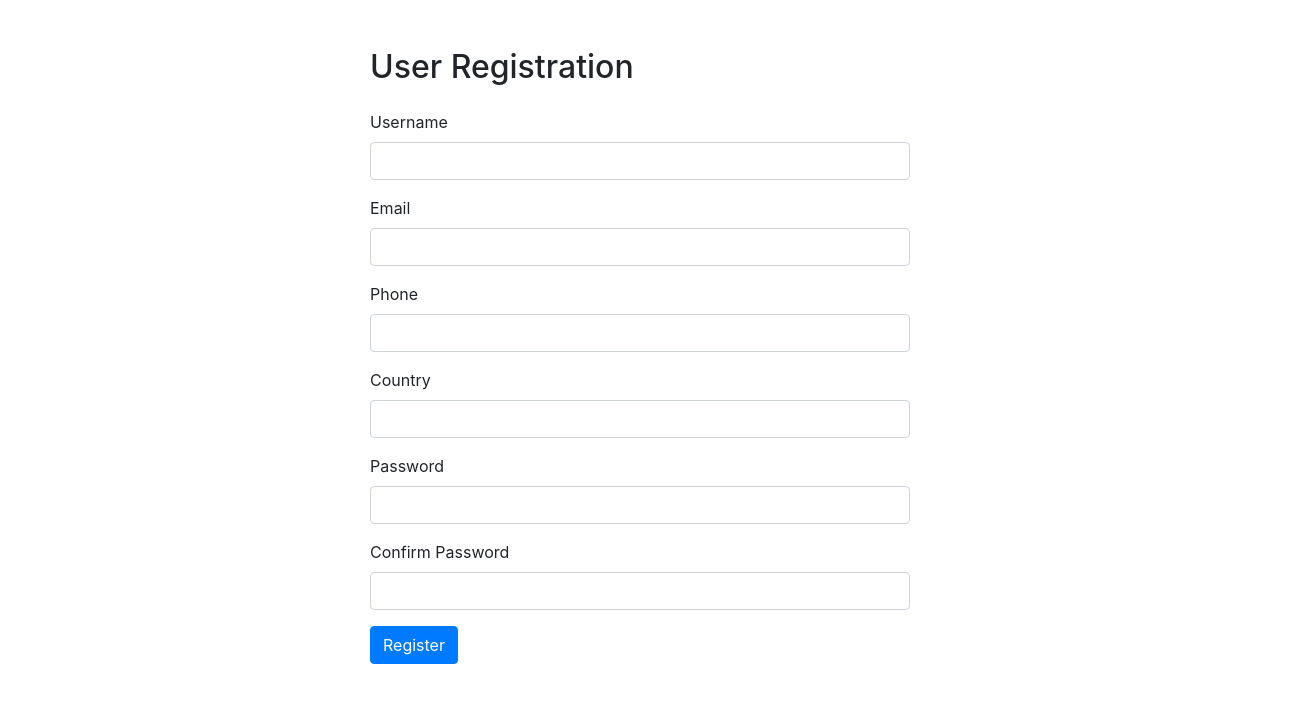
Repository: Tauqeer124/usermanagemet
Page: http://localhost/register
These files come from the project's save history. The page is drawn as it stood at one moment and after a run of saves; the edit follows.
The browser window is 1280 px wide. The page is 1280 px wide, then 1295 px, so the pictures cover 1295 px, including what lies to the right of the window. The pictures show the whole page.
The page is served by the project's Laravel application, run on PHP 8.4 with Laravel 8. Other server files are loaded and not shown.

Above is the page before, as saved 2023-07-24 12:06:28.

### routes/web.php
<?php

use Illuminate\Support\Facades\Route;
use App\Http\Controllers\AuthController;
use App\Http\Controllers\UserController;

/*
|--------------------------------------------------------------------------
| Web Routes
|--------------------------------------------------------------------------
|
| Here is where you can register web routes for your application. These
| routes are loaded by the RouteServiceProvider within a group which
| contains the "web" middleware group. Now create something great!
|
*/

Route::get('/', function () {
    return view('welcome');
});

Route::get('/register', [AuthController::class, 'register']);
Route::post('/register', [AuthController::class, 'registeruser'])->name('register');
Route::get('/login', [AuthController::class, 'login']);
Route::post('/login', [AuthController::class, 'loginuser'])->name('login');
Route::get('/users', [UserController::class, 'index'])->name('user.index');
Route::get('/users/{id}', [UserController::class, 'show'])->name('user.show');

### app/Http/Controllers/AuthController.php
<?php

namespace App\Http\Controllers;

use App\Models\User;
use App\Mail\WelcomeMail;
use Illuminate\Http\Request;
use Illuminate\Support\Facades\Hash;
use Illuminate\Support\Facades\Mail;

class AuthController extends Controller
{
    public function register()
    {
        return view('auth.register');
    }

    public function registeruser(Request $request)
    {
        $request->validate([
            'name' => 'required|string|max:255',
            'email' => 'required|email|unique:users',
            'password' => 'required|string|min:6',
            'phone' => 'required|string',
            'country' => 'required|string',
        ]);

        $user = User::create([
            'name' => $request->name,
            'email' => $request->email,
            'password' => Hash::make($request->password),
            'phone' => $request->phone,
            'country' => $request->country,
        ]);

        Mail::to($user->email)->send(new WelcomeMail($user)); // Send welcome email
        $request->session()->flash('success', 'You have registered successfully!');

        // Redirect back to the registration page
        return redirect()->back();
    }
    public function login(){
        return view('auth.login');
    }
    public function loginuser(Request $request){

    }
}

### resources/views/auth/register.blade.php
<!DOCTYPE html>
<html>
<head>
  <title>User Registration Form</title>
  <!-- Add Bootstrap CSS -->
  <link rel="stylesheet" href="https://stackpath.bootstrapcdn.com/bootstrap/4.5.2/css/bootstrap.min.css">
</head>
<body>

<div class="container mt-5">
  <div class="row justify-content-center">
    <div class="col-md-6">
      <h2 class="mb-4">User Registration</h2>
      <form action="{{ route('register') }}" method="post" >
        @csrf
        <div class="form-group">
          <label for="username">Username</label>
          <input type="text" class="form-control" id="username" name="name" required>
        </div>
        <div class="form-group">
          <label for="email">Email</label>
          <input type="email" class="form-control" id="email" name="email" required>
        </div>
        <div class="form-group">
            <label for="email">Phone</label>
            <input type="text" class="form-control" id="phone" name="phone" required>
        </div>
        <div class="form-group">
            <label for="country">Country</label>
            <input type="text" class="form-control" id="country" name="country" required>
        </div>
        <div class="form-group">
          <label for="password">Password</label>
          <input type="password" class="form-control" id="password" name="password" required>
        </div>
        <div class="form-group">
          <label for="confirm_password">Confirm Password</label>
          <input type="password" class="form-control" id="confirm_password" name="confirm_password" required>
        </div>
        <button type="submit" class="btn btn-primary">Register</button>
      </form>
    </div>
  </div>
</div>

<!-- Add Bootstrap JS and jQuery -->
<script src="https://code.jquery.com/jquery-3.5.1.slim.min.js"></script>
<script src="https://cdn.jsdelivr.net/npm/@popperjs/core@2.9.1/dist/umd/popper.min.js"></script>
<script src="https://stackpath.bootstrapcdn.com/bootstrap/4.5.2/js/bootstrap.min.js"></script>

</body>
</html>

Loaded but not shown: app/Http/Controllers/Controller.php (common file)

After the next 3 saves:
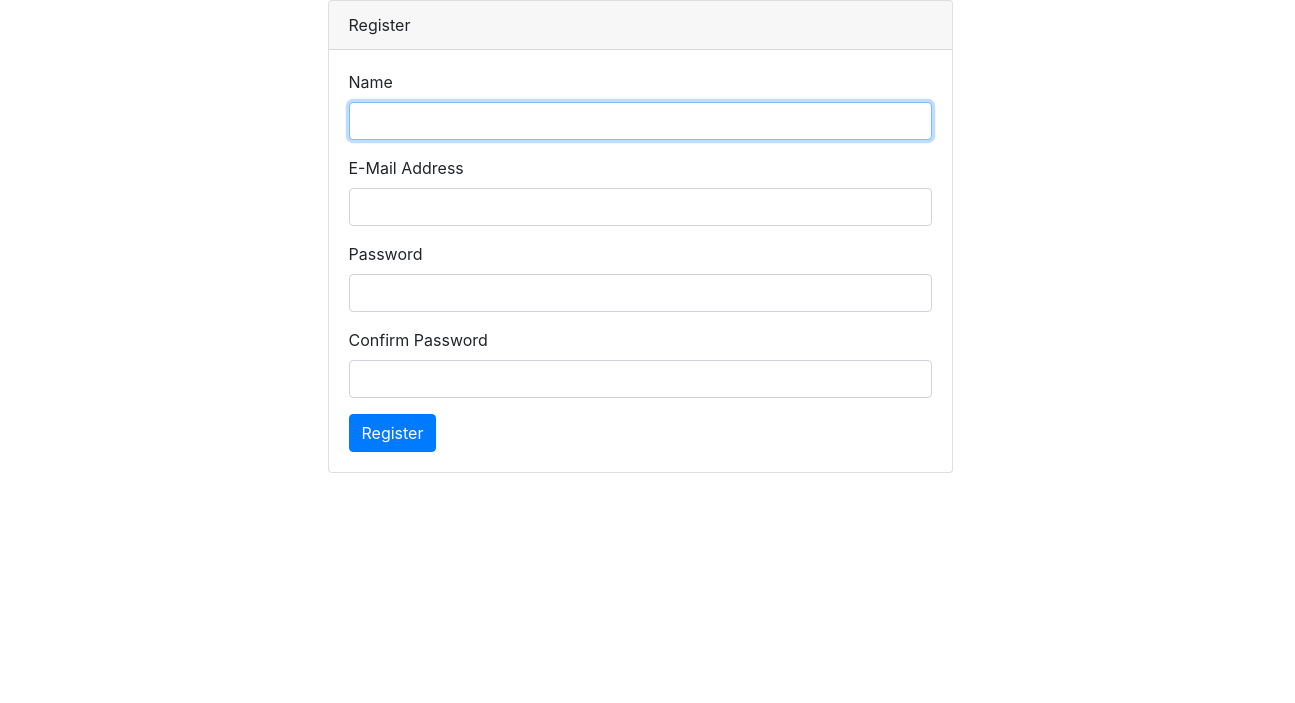
The 3 saves are shown as one change because 1 did not build or start and some came seconds apart.
The last was saved 3 min 26 s later.
--- a/resources/views/auth/register.blade.php
+++ b/resources/views/auth/register.blade.php
@@ -6,47 +6,54 @@
   <link rel="stylesheet" href="https://stackpath.bootstrapcdn.com/bootstrap/4.5.2/css/bootstrap.min.css">
 </head>
 <body>
+    <div class="row justify-content-center">
+        <div class="col-md-6">
+            <div class="card">
+                <div class="card-header">{{ __('Register') }}</div>
+                <div class="card-body">
+                    <form method="POST" action="{{ route('register') }}">
+                        @csrf
 
-<div class="container mt-5">
-  <div class="row justify-content-center">
-    <div class="col-md-6">
-      <h2 class="mb-4">User Registration</h2>
-      <form action="{{ route('register') }}" method="post" >
-        @csrf
-        <div class="form-group">
-          <label for="username">Username</label>
-          <input type="text" class="form-control" id="username" name="name" required>
+                        <div class="form-group">
+                            <label for="name">{{ __('Name') }}</label>
+                            <input id="name" type="text" class="form-control @error('name') is-invalid @enderror" name="name" value="{{ old('name') }}" required autocomplete="name" autofocus>
+                            @error('name')
+                                <span class="invalid-feedback" role="alert">
+                                    <strong>{{ $message }}</strong>
+                                </span>
+                            @enderror
+                        </div>
+
+                        <div class="form-group">
+                            <label for="email">{{ __('E-Mail Address') }}</label>
+                            <input id="email" type="email" class="form-control @error('email') is-invalid @enderror" name="email" value="{{ old('email') }}" required autocomplete="email">
+                            @error('email')
+                                <span class="invalid-feedback" role="alert">
+                                    <strong>{{ $message }}</strong>
+                                </span>
+                            @enderror
+                        </div>
+
+                        <div class="form-group">
+                            <label for="password">{{ __('Password') }}</label>
+                            <input id="password" type="password" class="form-control @error('password') is-invalid @enderror" name="password" required autocomplete="new-password">
+                            @error('password')
+                                <span class="invalid-feedback" role="alert">
+                                    <strong>{{ $message }}</strong>
+                                </span>
+                            @enderror
+                        </div>
+
+                        <div class="form-group">
+                            <label for="password-confirm">{{ __('Confirm Password') }}</label>
+                            <input id="password-confirm" type="password" class="form-control" name="password_confirmation" required autocomplete="new-password">
+                        </div>
+
+                        <button type="submit" class="btn btn-primary">{{ __('Register') }}</button>
+                    </form>
+                </div>
+            </div>
         </div>
-        <div class="form-group">
-          <label for="email">Email</label>
-          <input type="email" class="form-control" id="email" name="email" required>
-        </div>
-        <div class="form-group">
-            <label for="email">Phone</label>
-            <input type="text" class="form-control" id="phone" name="phone" required>
-        </div>
-        <div class="form-group">
-            <label for="country">Country</label>
-            <input type="text" class="form-control" id="country" name="country" required>
-        </div>
-        <div class="form-group">
-          <label for="password">Password</label>
-          <input type="password" class="form-control" id="password" name="password" required>
-        </div>
-        <div class="form-group">
-          <label for="confirm_password">Confirm Password</label>
-          <input type="password" class="form-control" id="confirm_password" name="confirm_password" required>
-        </div>
-        <button type="submit" class="btn btn-primary">Register</button>
-      </form>
     </div>
-  </div>
-</div>
-
-<!-- Add Bootstrap JS and jQuery -->
-<script src="https://code.jquery.com/jquery-3.5.1.slim.min.js"></script>
-<script src="https://cdn.jsdelivr.net/npm/@popperjs/core@2.9.1/dist/umd/popper.min.js"></script>
-<script src="https://stackpath.bootstrapcdn.com/bootstrap/4.5.2/js/bootstrap.min.js"></script>
-
 </body>
 </html>
